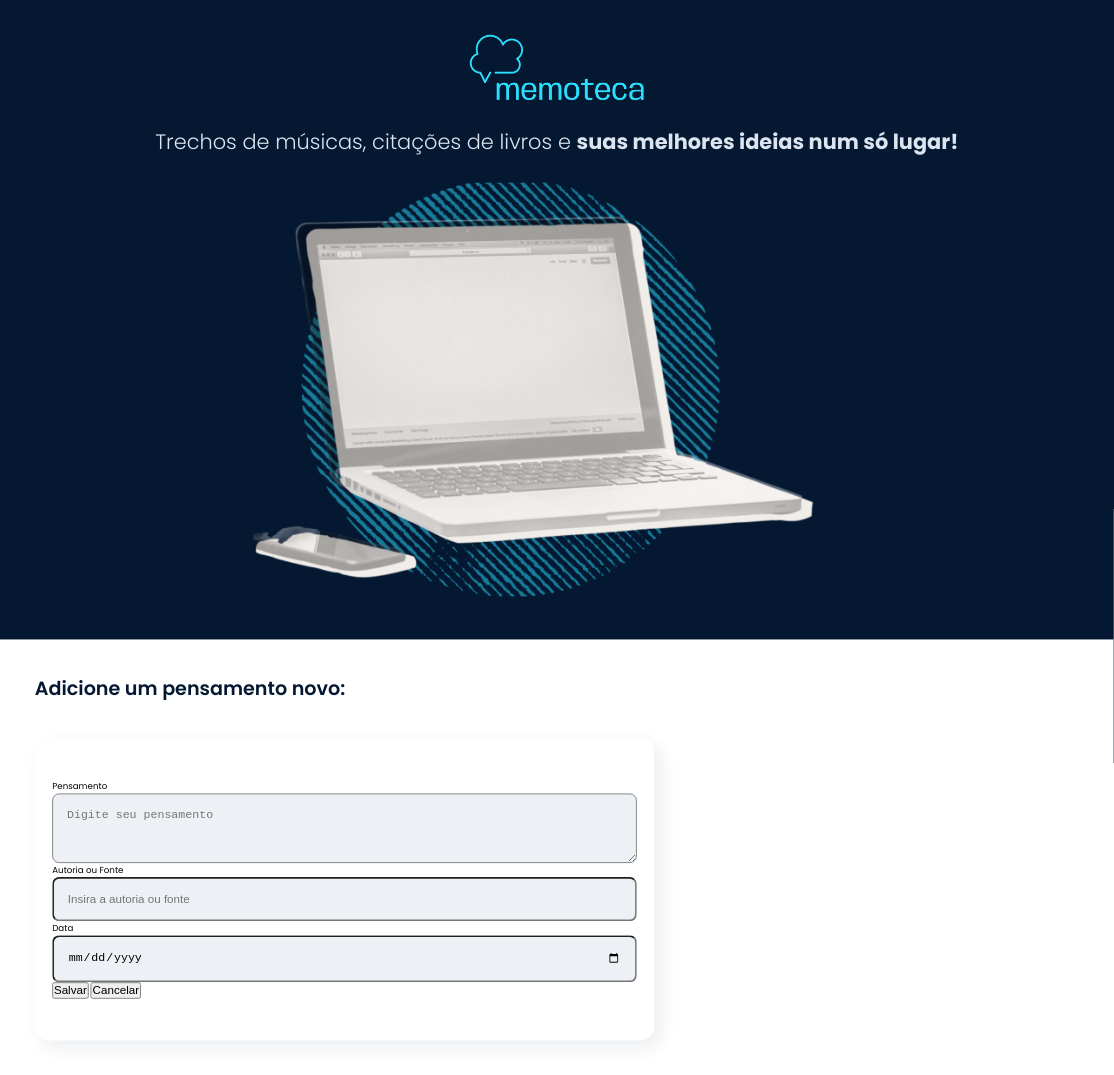
Repository: joaoPraiaJunior/crud_js
Page: index.html
These files come from the project's save history. The page is drawn as it stood at one moment and after the next save; the edit follows.
The browser window is 1280 px wide. The pictures show the whole page, at 87% of full size.

Above is the page before, as saved 2024-09-26 22:48:38.

After the next save:
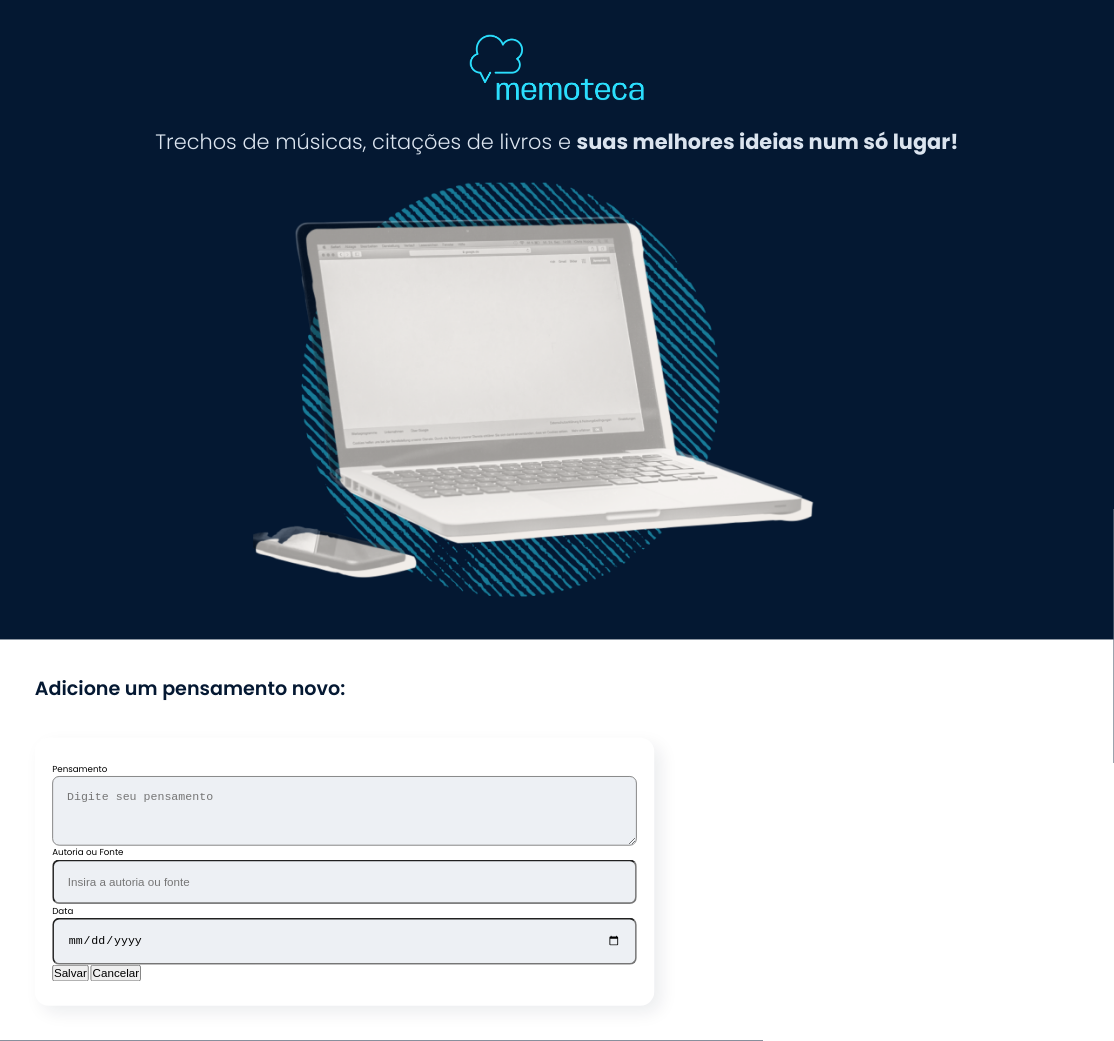
Saved 7 s later.
--- a/css/styles.css
+++ b/css/styles.css
@@ -80,7 +80,7 @@ main {
 	background: #fff;
 	margin-top: 4rem;
 	border-radius: 1.6rem;
-	padding: 4.8rem 2rem;
+	padding: 2.8rem 2rem;
 	box-shadow: 8px 8px 20px 0px rgba(4, 24, 50, 0.08);
 	width: 100%;
 	max-width: 71.2rem;
